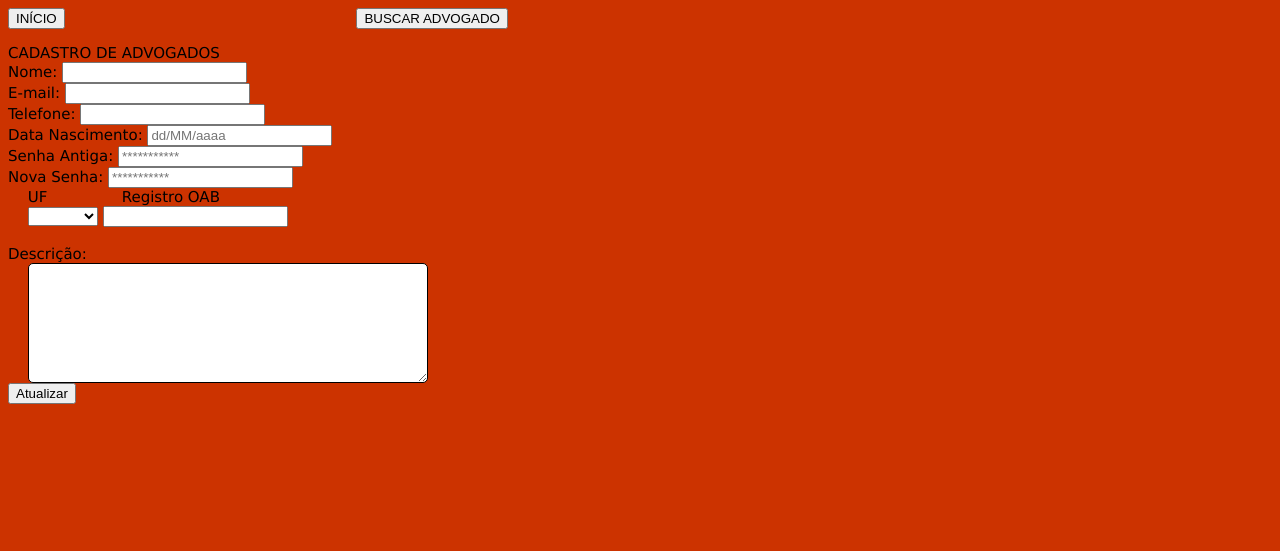
Repository: Natan16/CRUDJUSTTO
Page: http://localhost/CRUDJUSTTOWEB/edita-advogado.jsp
These files come from the project's save history. The page is drawn as it stood at one moment and after the next save; the edit follows.
The browser window is 1280 px wide. The pictures show the whole page.
The page is served by Tomcat 9. Other server files are loaded and not shown.

Above is the page before, as saved 2019-09-01 12:00:23.

### CRUDJUSTTOWEB/WebContent/edita-advogado.jsp
<%@ page import="utils.Listagens,
				 java.util.List,
                  dao.*,
                  model.*" %>

<html>
	<head>
		<link href="Estilo.css" rel="stylesheet" media="all" />
	</head>
     <body>

     	<form action="index.html" method="post" style="float:left;">
			<input type="submit" value="INÍCIO" >
		</form>

		<form action="consulta-advogado.jsp" method="post" style="float:right;">
			<input type="submit" value="BUSCAR ADVOGADO" >
		</form>

		<br><br>
          CADASTRO DE ADVOGADOS <br />

      	<form action="editaAdvogado">


			 Nome: <input type="text" name="nome" value="${param.nome}"  required/><br />
         	 E-mail: <input type="text" name="email" value="${param.email}" required/><br />
             Telefone: <input type="text" name="telefone" value="${param.telefone}"/><br />
             Data Nascimento: <input type="text" name="dataNascimento" placeholder="dd/MM/aaaa"/><br />
             Senha Antiga: <input type="password" name="senha" placeholder="***********" required/><br />
             Nova Senha: <input type="password" name="nova_senha" placeholder="***********"/><br />


                       &emsp; UF &nbsp;&emsp;&emsp;&emsp;&emsp; Registro OAB <br />
             <select name="ufOAB">
           		<option selected>${param.ufOAB}</option>
             	<%
             	List<String> ufs = Listagens.getUfs();
			 	for (String uf : ufs ) {
                %>
                	<option value=<%=uf %>><%=uf%></option>
                <%
                }
                %>
  			 </select>
  			 <input type="text" name="registroOAB" value = "${param.registroOAB}"/><br />
  			 <br />

             Descrição: <br />
             <textarea rows = "5" cols = "60" name = "desc"  value = "${param.descricao}"></textarea><br>
             <input   type="submit" value="Atualizar" />
         </form>

     </body>
 </html>

### CRUDJUSTTOWEB/src/utils/Listagens.java
package utils;

import java.util.ArrayList;
import java.util.List;


public class Listagens {
	private static List<String> ufs = new ArrayList<>(
			  List.of("AC","AL","AM","AP","BA","CE","DF","ES","GO","MA","MG","MS","MT","PA","PB","PE","PI",
			"PR","RJ","RN","RO","RR","RS","SC","SE","SP","TO"));

	public static List<String> getUfs() {
		return ufs;
	}

	private static List<Character> tiposDeRegistro = new ArrayList<>(
			  List.of('A', 'B' , 'E' , 'N' , 'P' , 'D'));

	public static List<Character> getTiposDeRegistro() {
		return tiposDeRegistro;
	}

}

### CRUDJUSTTOWEB/WebContent/Estilo.css


form , body{
    font-family: Verdana,Tahoma,sans-serif;
    font-size: 15px;
    background-color: #CC3300;
    max-width: 500px;
}

h1 {
    margin-bottom: 20px;
    margin-left: 20px;
    color: #66FFFF;
    text-shadow: 5px 5px 5px black;
}

select {
	width: 70px;
    color: black;
    margin-left: 20px;
}

textarea {
    width: 200px;
    padding: 10px;
    color: black;
    margin-left: 20px;
    -webkit-border-radius: 5px;
    -moz-border-radius: 5px;
    border: 1px solid;
}

input:hover, textarea:hover, input:focus, textarea:focus {
    border-color: #000066;
    box-shadow: 5px 0px 9px #FFFF00;
    background-color: #66FFFF;
    color: black;
    font-weight: bold;
}

.submit input {
    background-color: #66FFFF;
    height: 40px;
    width: 100px;
    font-weight: bold;
    border-radius: 5px;
    -webkit-border-radius: 5px;
    -moz-border-radius: 5px;
    border: 1px solid;
    color: black;
}

textarea {
    width: 400px;
    height: 120px;
    line-height: 20px;
    max-width: 400px;
}

form label {
    margin-left: 20px;
    color: #FFFFFF;
    font-weight: bold;
}

After the next save:
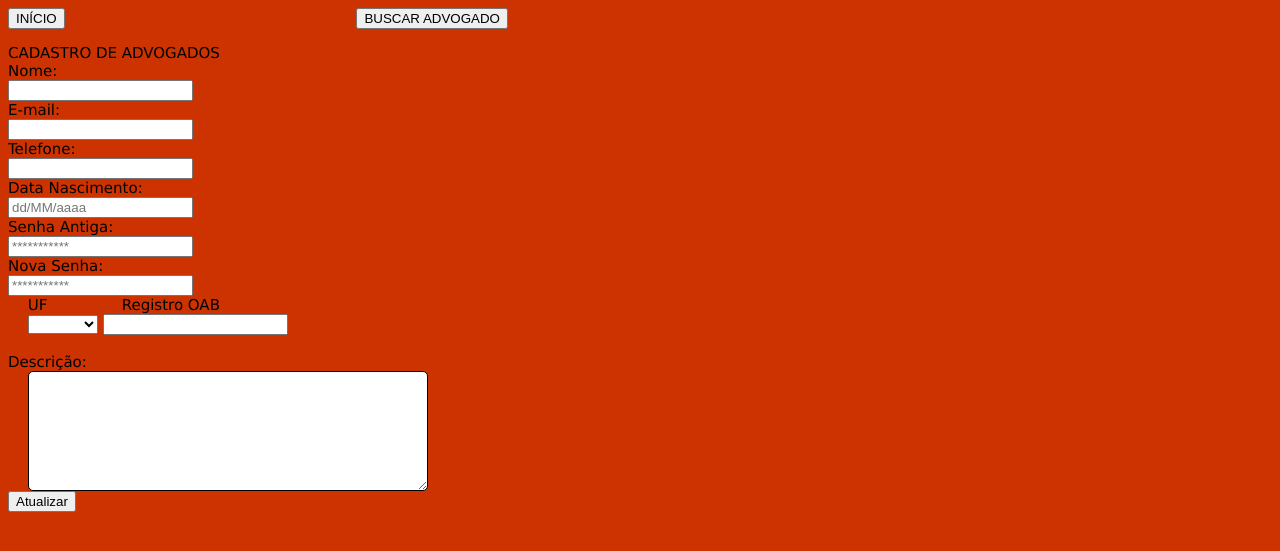
Saved 50 s later.
--- a/CRUDJUSTTOWEB/WebContent/edita-advogado.jsp
+++ b/CRUDJUSTTOWEB/WebContent/edita-advogado.jsp
@@ -23,12 +23,12 @@
       	<form action="editaAdvogado">
 
 
-			 Nome: <input type="text" name="nome" value="${param.nome}"  required/><br />
-         	 E-mail: <input type="text" name="email" value="${param.email}" required/><br />
-             Telefone: <input type="text" name="telefone" value="${param.telefone}"/><br />
-             Data Nascimento: <input type="text" name="dataNascimento" placeholder="dd/MM/aaaa"/><br />
-             Senha Antiga: <input type="password" name="senha" placeholder="***********" required/><br />
-             Nova Senha: <input type="password" name="nova_senha" placeholder="***********"/><br />
+			 Nome:<br /> <input type="text" name="nome" value="${param.nome}"  required/><br />
+         	 E-mail:<br /> <input type="text" name="email" value="${param.email}" required/><br />
+             Telefone:<br /> <input type="text" name="telefone" value="${param.telefone}"/><br />
+             Data Nascimento:<br /> <input type="text" name="dataNascimento" placeholder="dd/MM/aaaa"/><br />
+             Senha Antiga:<br /> <input type="password" name="senha" placeholder="***********" required/><br />
+             Nova Senha:<br /> <input type="password" name="nova_senha" placeholder="***********"/><br />
 
 
                        &emsp; UF &nbsp;&emsp;&emsp;&emsp;&emsp; Registro OAB <br />
